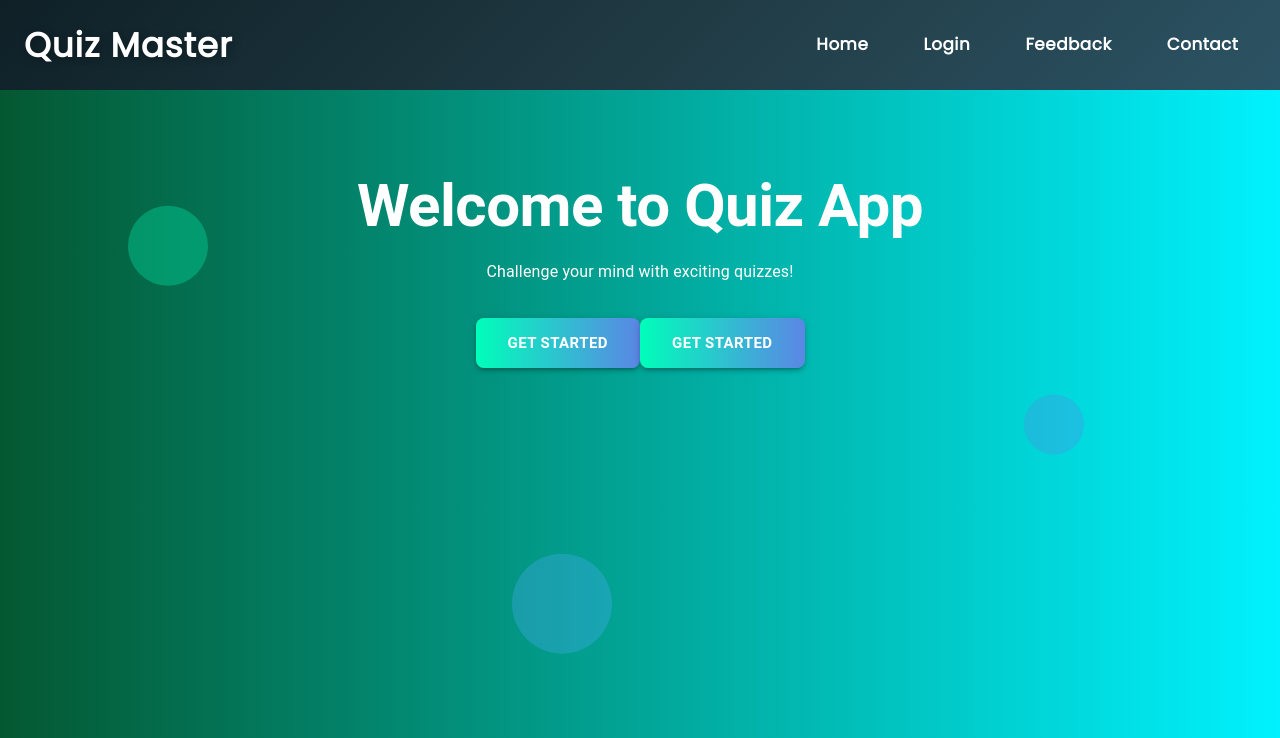
Repository: lalit9168/quizApp
Page: /home (app in frontend/)
These files come from the project's save history. The page is drawn as it stood at one moment and after the next save; the edit follows.
The browser window is 1280 px wide. The pictures show the whole page.
The project was rebuilt for these pictures with package versions that can differ from the ones it lists, and the page was loaded fresh each time. Also part of the build but not shown: frontend/vite.config.js, frontend/src/index.css, frontend/src/Components/Login/Login.jsx, frontend/src/Components/PrivateRoute.jsx, frontend/src/Components/api.js, frontend/src/Components/Quiz/QuizPage.jsx, frontend/src/Components/Quiz/QuizDash.jsx, frontend/src/Components/Quiz/AttemptQuiz.jsx and 6 more.

Above is the page before, as saved 2025-06-09 11:32:06.

After the next save:
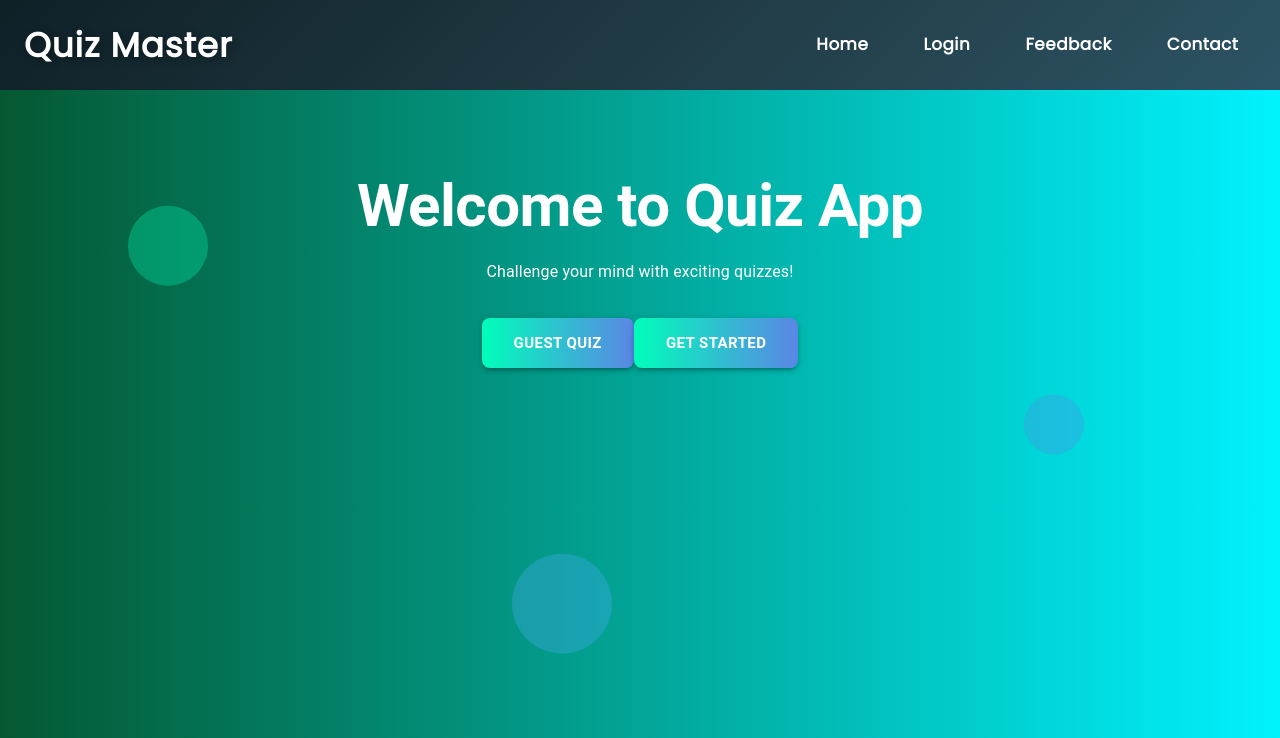
Saved 15 s later.
--- a/frontend/src/Components/LandingPage/Hero.jsx
+++ b/frontend/src/Components/LandingPage/Hero.jsx
@@ -71,7 +71,7 @@ const Hero = () => {
             }}
             onClick={() => setShowModal(true)}
           >
-            Get Started
+            guest quiz
           </Button>
 
           <Button
